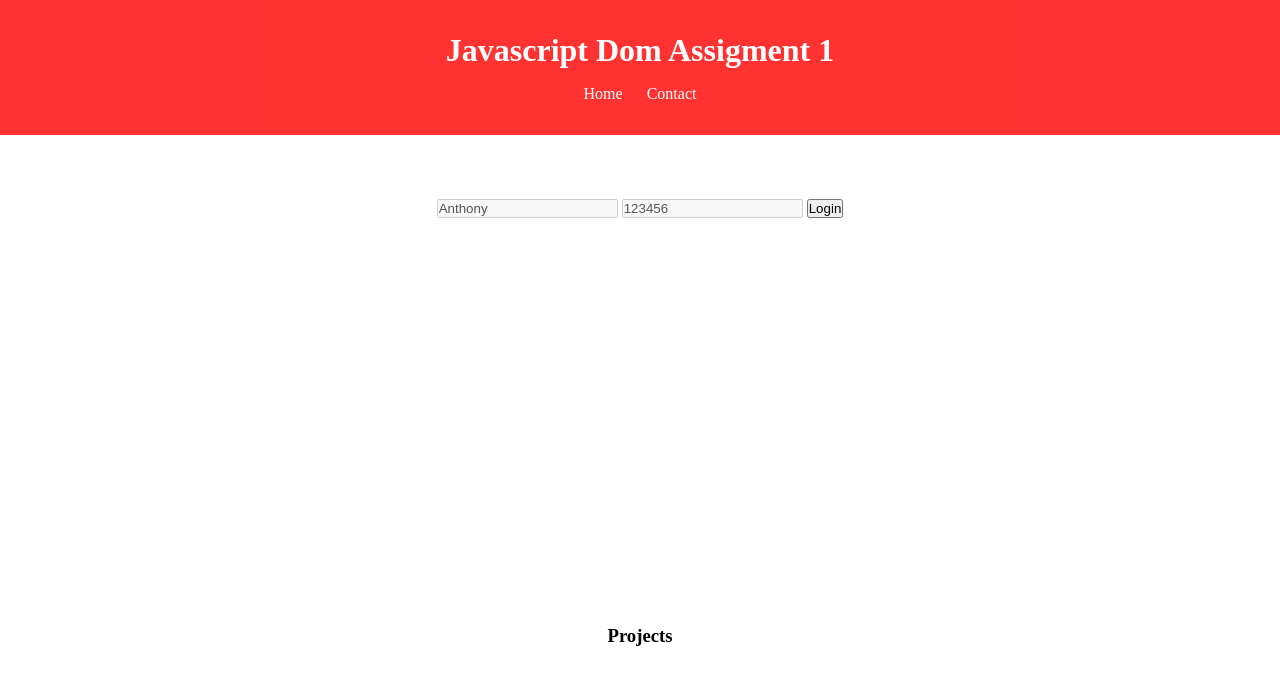
Repository: haakanerol/haakanerol
Page: Js.ass1/index.html
An editor plug-in stored every save of this project. The page is shown before and after the next save, followed by the edit.
The browser window is 1280 px wide. The pictures show the whole page.

Above is the page before, as saved 2024-02-25 16:10:05.

### Js.ass1/index.html
<!DOCTYPE html>
<html lang="en">
<head>
    <meta charset="UTF-8">
    <meta name="viewport" content="width=device-width, initial-scale=1.0">
    <title>Document</title>
    <style>
        * {
            margin: 0;
            padding: 0;
            box-sizing: border-box;
        }
        main {
            display: flex;
            flex-direction: column;
            justify-content: space-between;
            align-items: center;
            height: 80vh;
            padding: 4rem;
        }
    </style>
</head>
<body>
    <header class="header">
        <h1 id="title">aaa</h1>
        <nav>
            <ul class="nav-item">
                <li id="home">Home</li>
                <li>Contact</li>
            </ul>
        </nav>
    </header>
    <main>
        <section>
            <input type="text" id="username">
            <input type="password" id="password">
            <button class="btn">Login</button>
        </section>
        <section id="projects">
            <h3>Projects</h3>
            <ul>
            </ul>
        </section>
    </main>
    <script src="app.js"></script>
</body>
</html>

### Js.ass1/app.js
newHeader = document.querySelector(".header")
newHeader.style.backgroundColor = "red"
newHeader.style.opacity = "0.8"
newHeader.style.color = "white"
newHeader.style.textAlign = "center"
newHeader.style.padding = "2rem"

newTitle = document.getElementById("title")
newTitle.textContent = "Javascript Dom Assigment 1"
newTitle.style.marginBottom = "1rem"

newNavItem = document.querySelector(".nav-item")
newNavItem.style.display = "flex"
newNavItem.style.justifyContent = "center"
newNavItem.style.gap = "1.5rem"
newNavItem.style.listStyle = "none"

newUsername = document.querySelector("#username")
newPassword = document.querySelector("#password")
newUsername.value = "Anthony"
newPassword.value = "123456"
newPassword.type = "number"
newUsername.disabled = "true"
newPassword.disabled = "true"
newUsername.padding = "1.5rem"

After the next save:
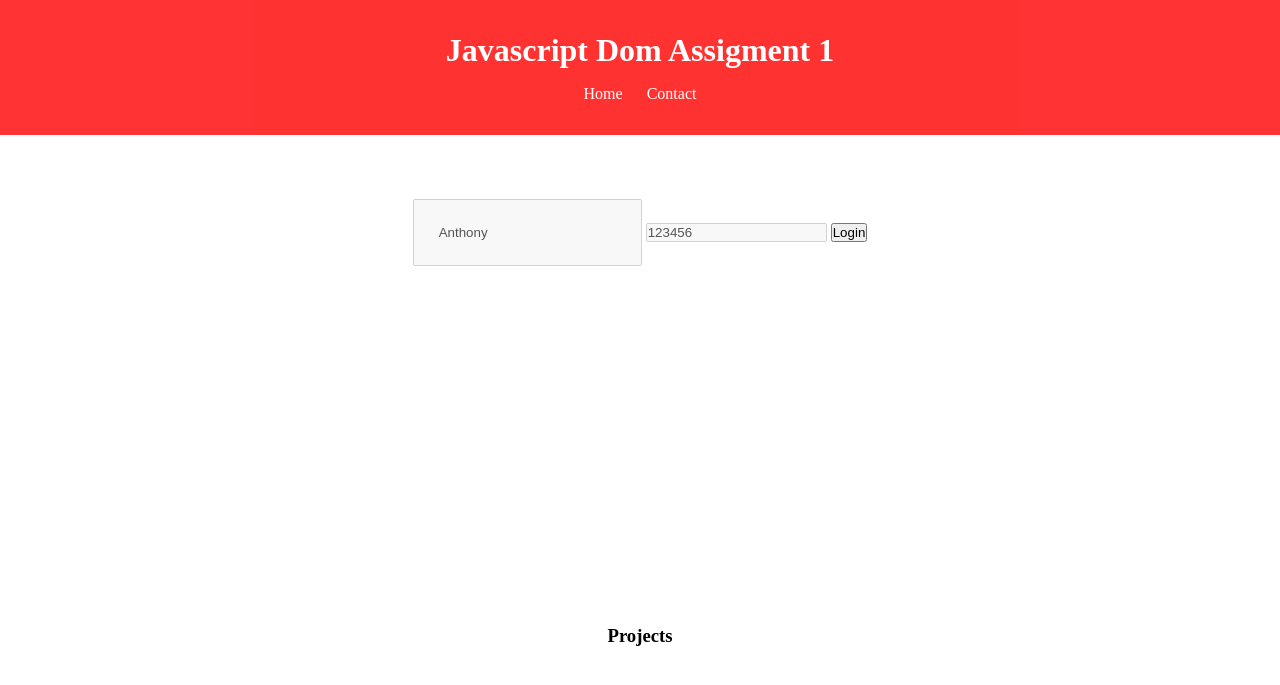
Saved 11 s later.
--- a/Js.ass1/app.js
+++ b/Js.ass1/app.js
@@ -22,4 +22,4 @@ newPassword.value = "123456"
 newPassword.type = "number"
 newUsername.disabled = "true"
 newPassword.disabled = "true"
-newUsername.padding = "1.5rem"
+newUsername.style.padding = "1.5rem"
